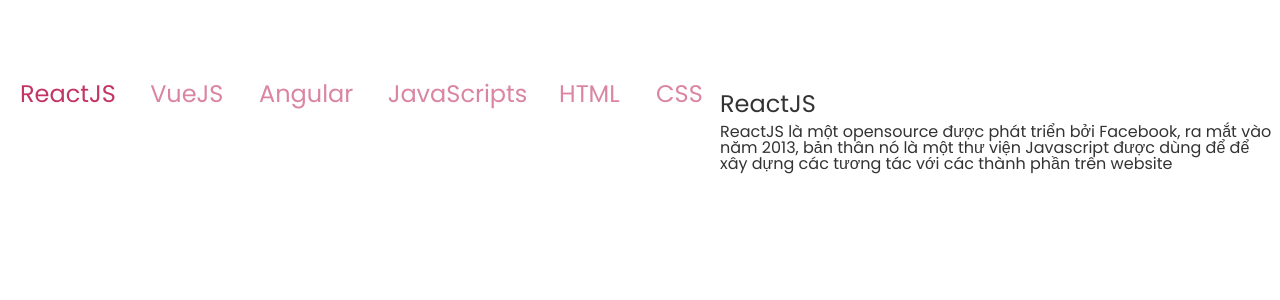
Repository: HoangLong0210/TabsUI
Page: index.html
These files come from the project's save history. The page is drawn as it stood at one moment and after the next save; the edit follows.
The browser window is 1280 px wide. The pictures show the whole page.

Above is the page before, as saved 2022-05-16 12:56:48.

After the next save:
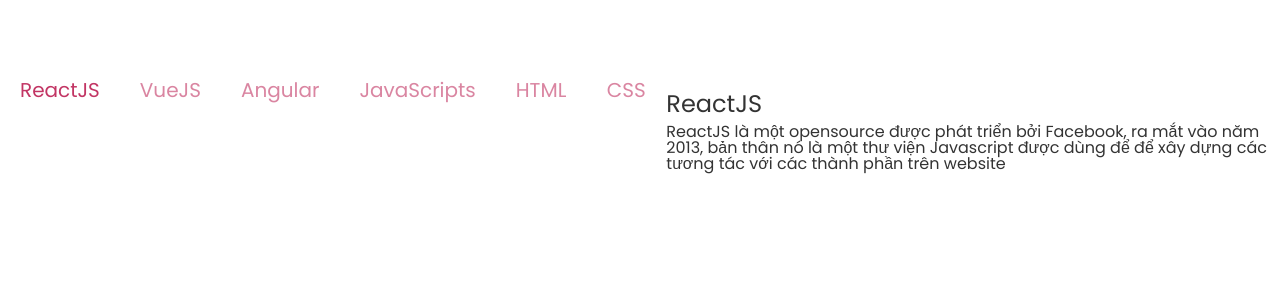
Saved 28 s later.
--- a/style.css
+++ b/style.css
@@ -50,12 +50,12 @@
   transition: all 0.5s ease;
 }
 
-.fab {
+/* .fab {
   font-size: 24px;
   width: 32px;
   position: relative;
   top: 2px;
-}
+} */
 
 .tab__item:hover {
   opacity: 1;

After the save that followed:
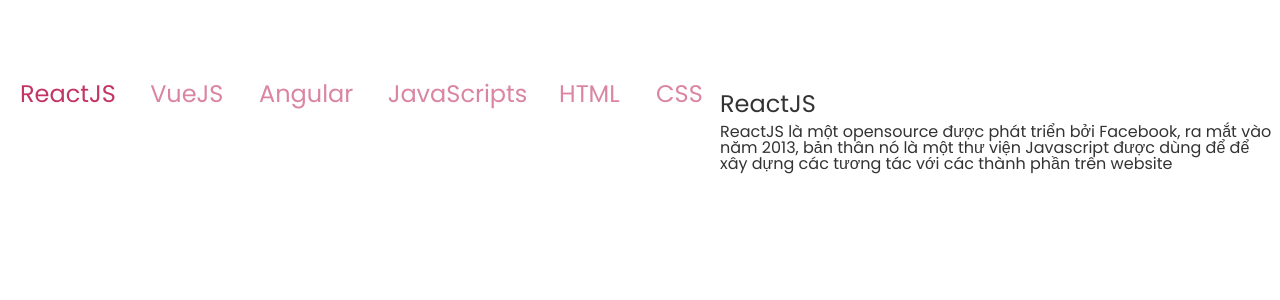
Saved 55 s later.
--- a/style.css
+++ b/style.css
@@ -50,12 +50,13 @@
   transition: all 0.5s ease;
 }
 
-/* .fab {
+.tab__item .fab {
   font-size: 24px;
   width: 32px;
   position: relative;
   top: 2px;
-} */
+}
+
 
 .tab__item:hover {
   opacity: 1;
